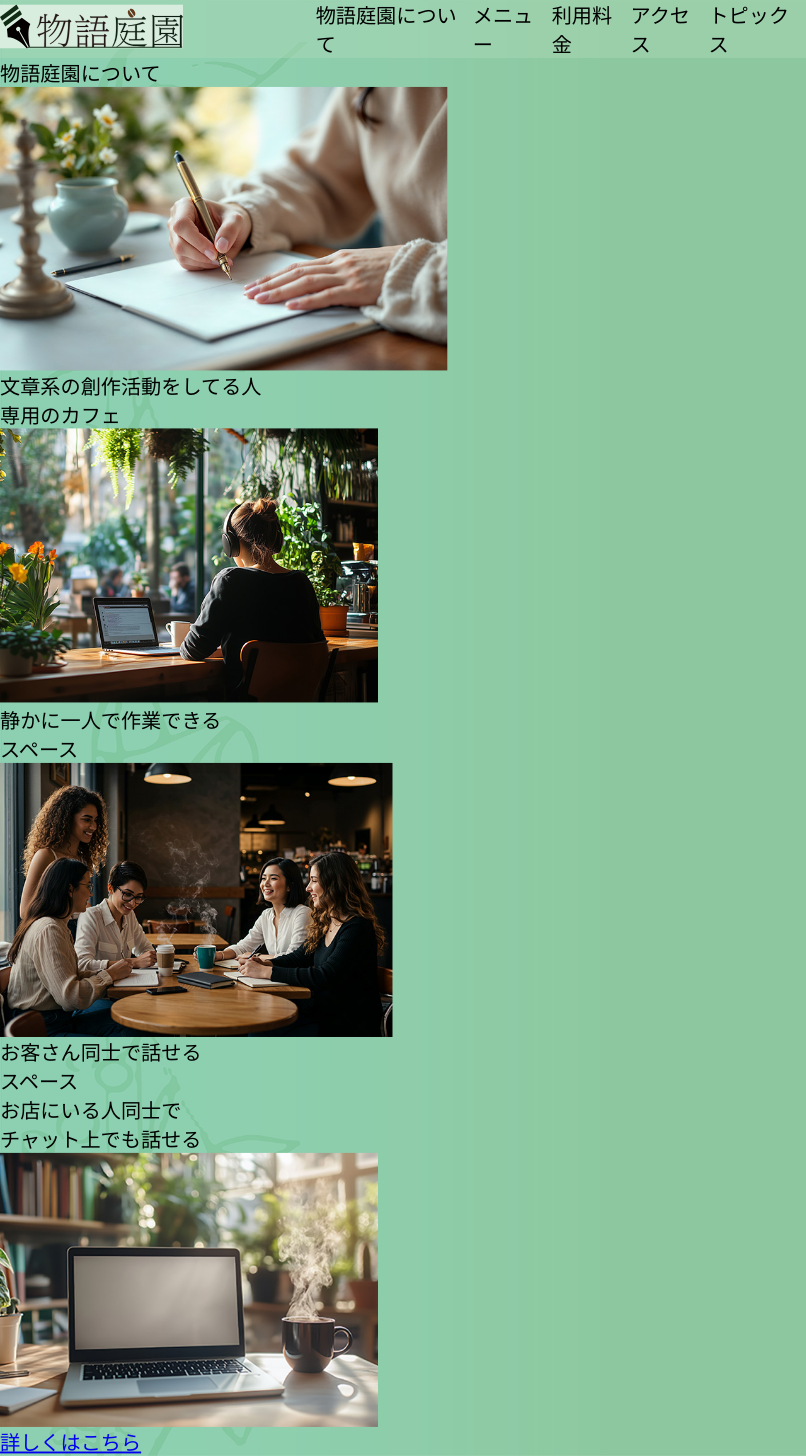
Repository: saka-kou/GardenStory
Page: index.html
The author's editor kept a copy of each file at every save. The page is drawn from the files as they stood at one save, then again after the next save.
The browser window is 1280 px wide. The pictures show the whole page, at 63% of full size.
Some web fonts or font styles are not loaded; a fallback is used.

Above is the page before, as saved 2025-07-23 17:33:20.

After the next save:
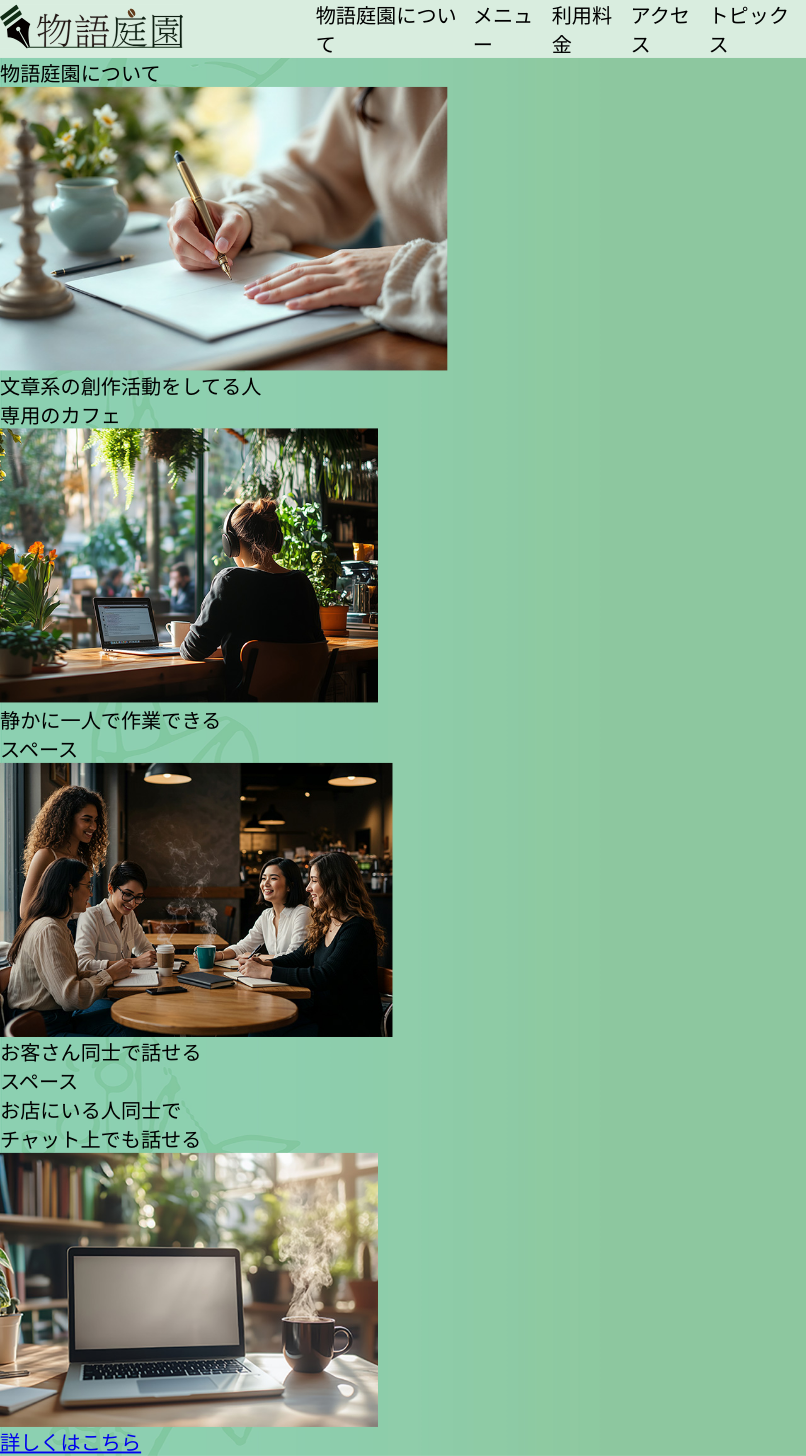
Saved 29 s later.
--- a/css/index.css
+++ b/css/index.css
@@ -10,7 +10,7 @@ header{
     display: flex;
     align-items: center;
     justify-content: space-between;
-    background-color: rgba(171, 215, 183, 0.45);
+    background: #D9EDDF;
     gap: 210px;
 }
 #gnavi{
